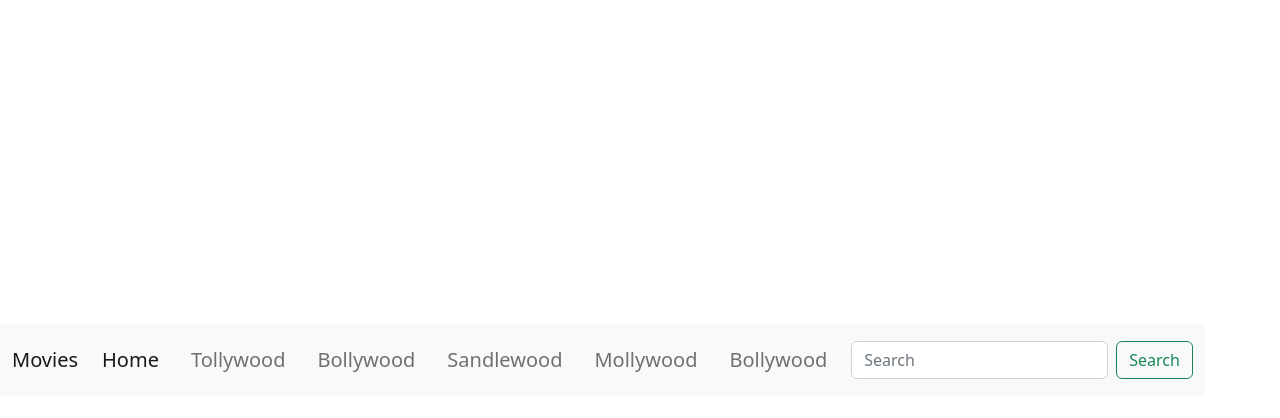
Repository: chandu7777158/Movies_spot
Page: /
The author's editor kept a copy of each file at every save. The page is drawn from the files as they stood at one save, then again after the next save.
The browser window is 1280 px wide. The pictures show the whole page.
The project was rebuilt for these pictures with package versions that can differ from the ones it lists, and the page was loaded fresh each time. Also part of the build but not shown: vite.config.js.

Above is the page before, as saved 2026-01-22 10:17:18.

### index.html
<!doctype html>
<html lang="en">
  <head>
    <meta charset="UTF-8" />
    <link rel="icon" type="image/svg+xml" href="/vite.svg" />
    <meta name="viewport" content="width=device-width, initial-scale=1.0" />
    <title>movies_spot</title>
    <link href="https://cdn.jsdelivr.net/npm/bootstrap@5.2.3/dist/css/bootstrap.min.css" rel="stylesheet" integrity="sha384-rbsA2VBKQhggwzxH7pPCaAqO46MgnOM80zW1RWuH61DGLwZJEdK2Kadq2F9CUG65" crossorigin="anonymous">

  </head>
  <body>
    <script src="https://cdn.jsdelivr.net/npm/bootstrap@5.2.3/dist/js/bootstrap.bundle.min.js" integrity="sha384-kenU1KFdBIe4zVF0s0G1M5b4hcpxyD9F7jL+jjXkk+Q2h455rYXK/7HAuoJl+0I4" crossorigin="anonymous"></script>
    <div id="root"></div>
    <script type="module" src="/src/main.jsx"></script>
  </body>
</html>

### src/App.jsx
import React from 'react'
import Navbar from './components/Navbar'

export default function App() {
  return (
    <div>
      <Navbar/>
    </div>
  )
}

### src/components/Navbar.jsx
import React from 'react'

export default function Navbar() {
    return (
        <div>
            <nav class="navbar navbar-expand-lg bg-light">

                <div class="container-fluid">
                    <a class="navbar-brand" href="#">Movies</a>

                    <div class="collapse navbar-collapse" id="navbarSupportedContent">

                        <ul class="navbar-nav me-auto mb-2 mb-lg-0">
                            <li class="navbar-brand">
                                <a class="nav-link active" aria-current="page" href="#">Home</a>
                            </li>
                            <li class="navbar-brand">
                                <a class="nav-link" href="#">Tollywood</a>
                            </li>
                            <li class="navbar-brand">
                                <a class="nav-link" href="#">Bollywood</a>
                            </li>
                            <li class="navbar-brand">
                                <a class="nav-link" href="#">Sandlewood</a>
                            </li>
                            <li class="navbar-brand ">
                                <a class="nav-link " href="#">Mollywood</a>
                            </li>
                            <li class="navbar-brand ">
                                <a class="nav-link " href="#">Bollywood</a>
                            </li>

                        </ul>
                        <form class="d-flex" role="search">
                            <input class="form-control me-2" type="search" placeholder="Search" aria-label="Search"/>
                            <button class="btn btn-outline-success" type="submit">Search</button>
                        </form>
                    </div>
                </div>
            </nav>

        </div>
    )
}

Loaded but not shown: src/main.jsx (common file); src/index.css (common file)

After the next save:
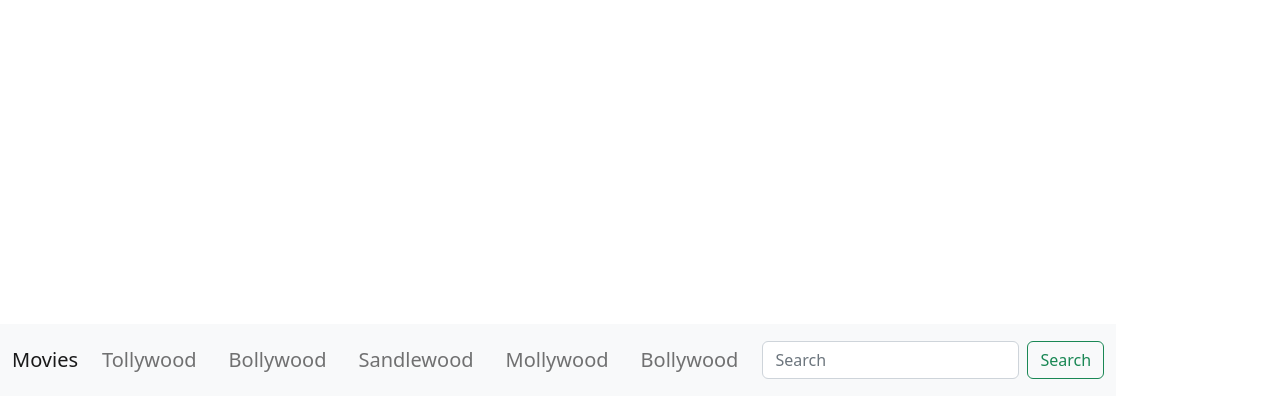
Saved 10 s later.
--- a/src/components/Navbar.jsx
+++ b/src/components/Navbar.jsx
@@ -11,9 +11,6 @@ export default function Navbar() {
                     <div class="collapse navbar-collapse" id="navbarSupportedContent">
 
                         <ul class="navbar-nav me-auto mb-2 mb-lg-0">
-                            <li class="navbar-brand">
-                                <a class="nav-link active" aria-current="page" href="#">Home</a>
-                            </li>
                             <li class="navbar-brand">
                                 <a class="nav-link" href="#">Tollywood</a>
                             </li>
